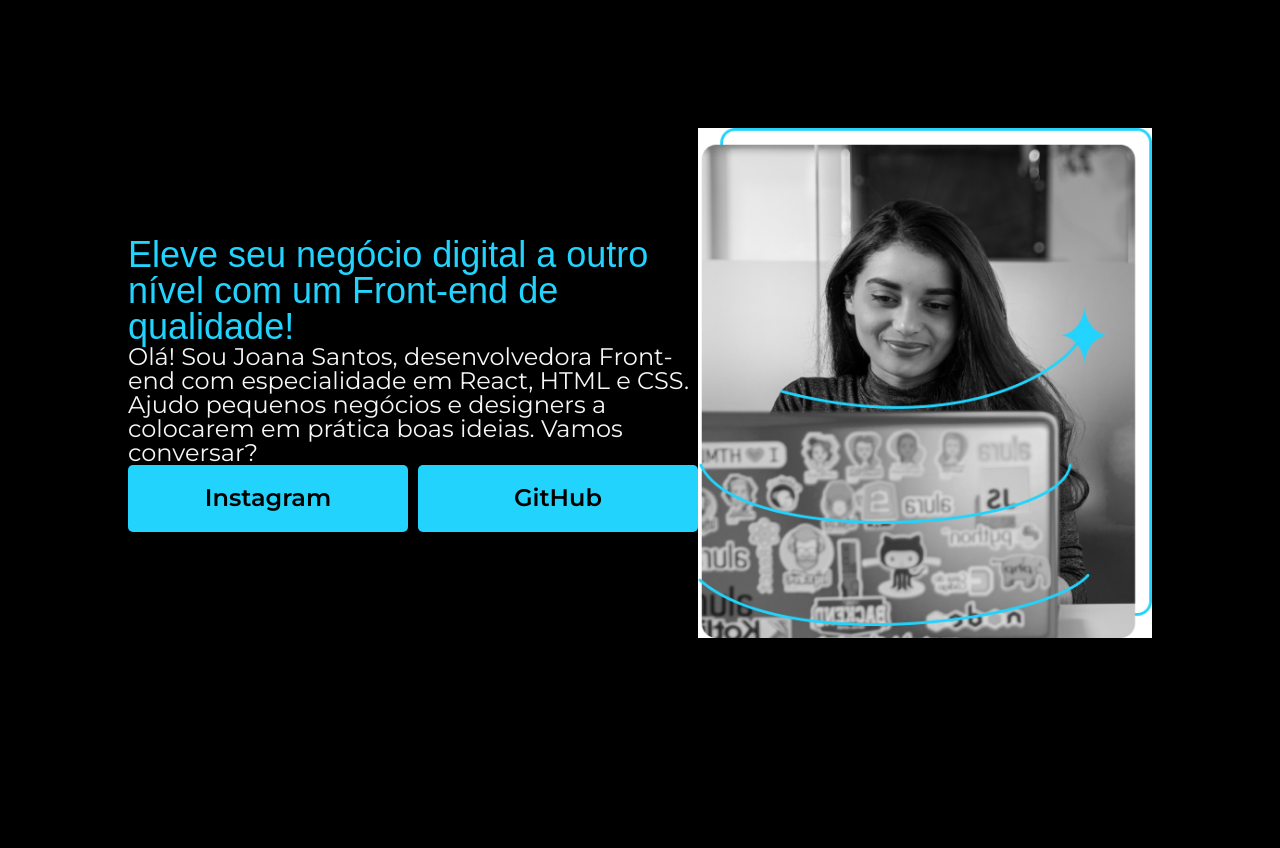
Repository: joaoPraiaJunior/html-basico
Page: index.html
These files come from the project's save history. The page is drawn as it stood at one moment and after the next save; the edit follows.
The browser window is 1280 px wide. The pictures show the whole page.
Some web fonts or font styles are not loaded; a fallback is used.

Above is the page before, as saved 2024-06-01 18:45:35.

After the next save:
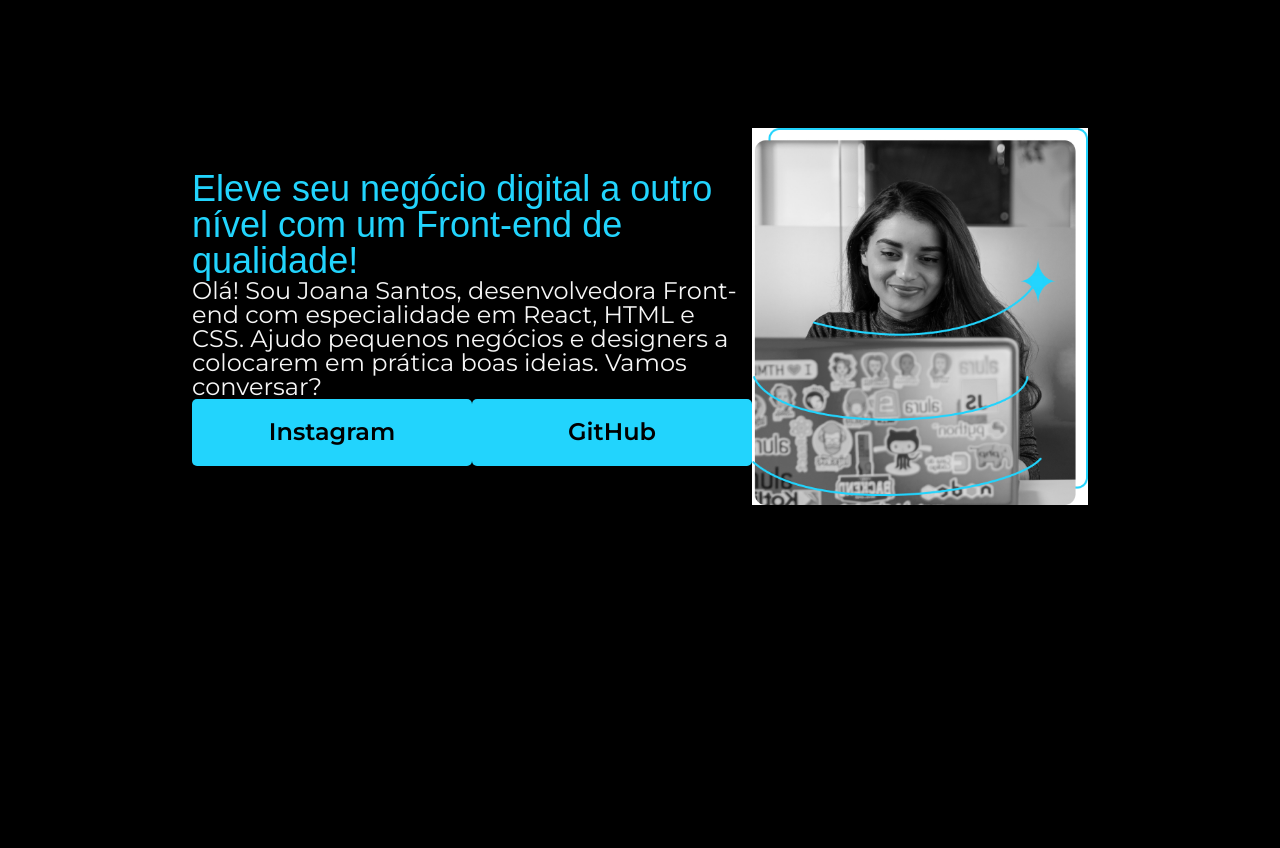
Saved 24 s later.
--- a/css/style.css
+++ b/css/style.css
@@ -12,7 +12,7 @@
 }
 
 .apresentacao {
-  margin: 10%;
+  margin: 10% 15%;;
   display: flex;
   justify-content: space-between;
   align-items: center;
